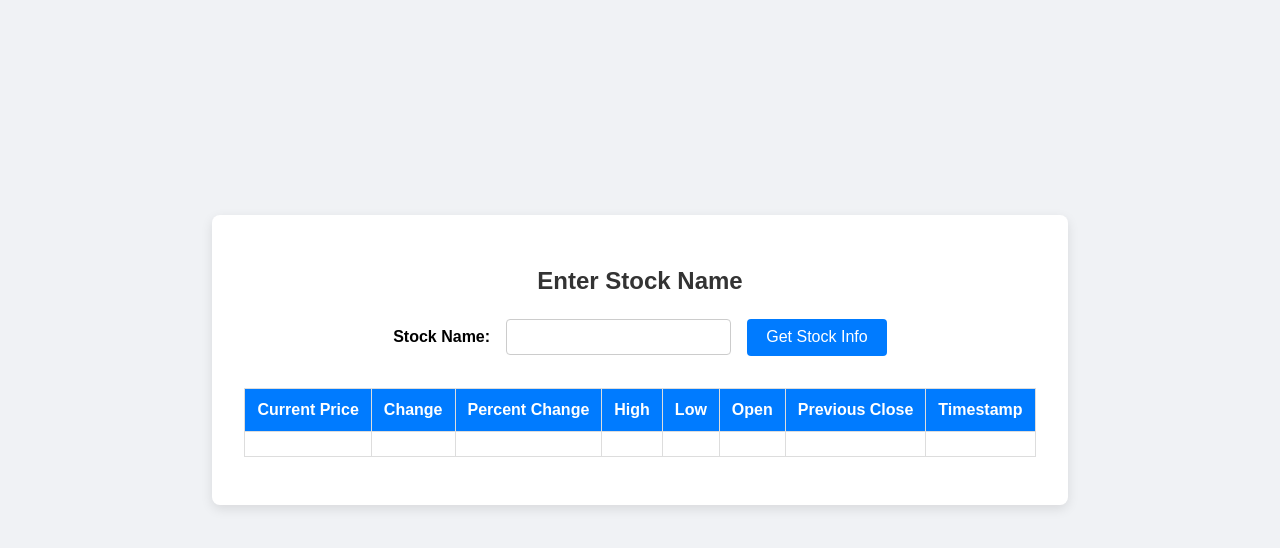
Repository: RamGochade39/Live-Share-Market-Tracker-Microservices-Based-Real-Time-Stock-Info-App
Page: http://localhost/Stock-Price-Enquary-App/views/index.jsp
An editor plug-in stored every save of this project. The page is shown before and after the next save, followed by the edit.
The browser window is 1280 px wide. The pictures show the whole page.
The page is served by Tomcat 10. The template is opened directly, without the code that normally fills it, so the values that code supplies are empty.

Above is the page before, as saved 2025-06-21 07:36:37.

After the next save:
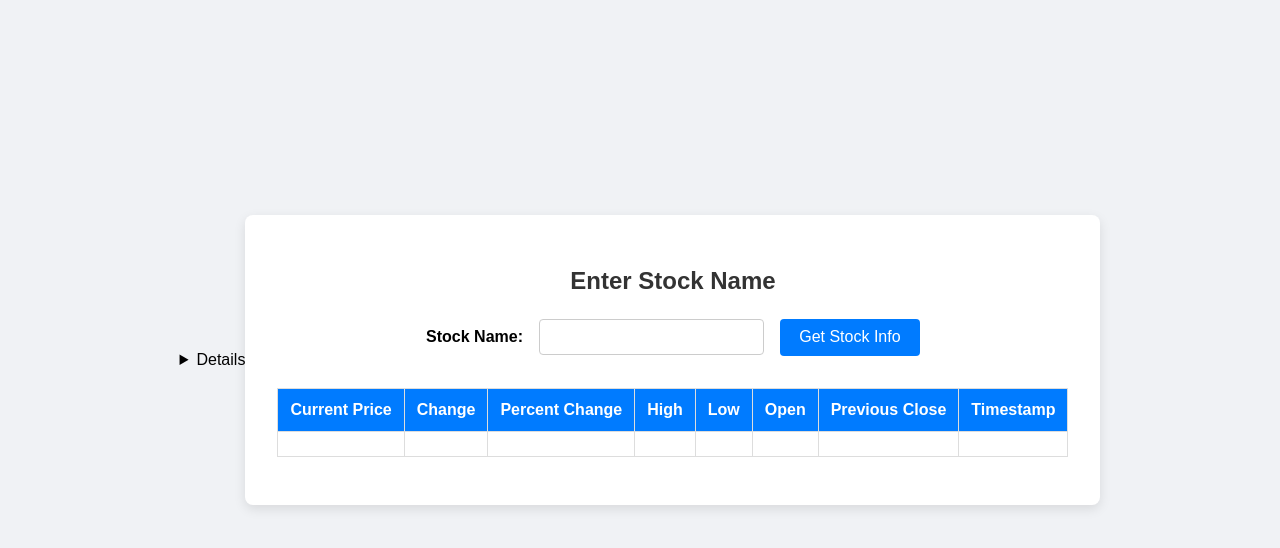
Saved 9 min 4 s later.
--- a/Stock-Price-Enquary-App/src/main/webapp/views/index.jsp
+++ b/Stock-Price-Enquary-App/src/main/webapp/views/index.jsp
@@ -86,6 +86,7 @@
   </style>
 </head>
 <body>
+<details>finnhub</details>
   <div class="container">
     <h2>Enter Stock Name</h2>
     <form action="search" method="get">
